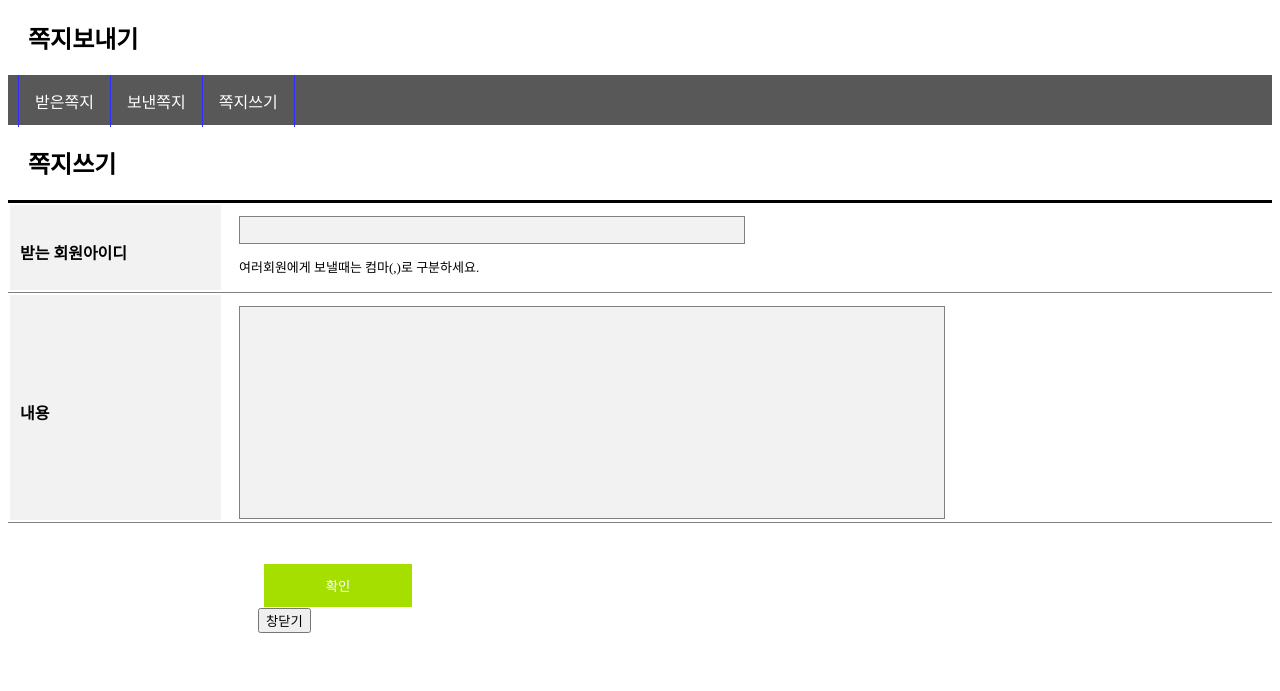
Repository: ks12b0000/JSP-School-Class
Page: chap10_JSP/src/main/webapp/Test/sendMessage.html
These files come from the project's save history. The page is drawn as it stood at one moment and after the next save; the edit follows.
The browser window is 1280 px wide. The pictures show the whole page.

Above is the page before, as saved 2022-06-04 11:52:53.

### chap10_JSP/src/main/webapp/Test/sendMessage.html
<!DOCTYPE html>
<html>
<head>
	<meta charset="UTF-8">
	<meta name="viewport" content="width=device-width, initial-scale=1.0">
	<title>쪽지쓰기</title>
	<link rel="stylesheet" href="loginWrite.css" />
</head>
<body>
	<h2>쪽지보내기</h2>
	<div class="menu1">
		<ul>
			<li><a href="#" id="a1">받은쪽지</a></li>
			<li><a href="#">보낸쪽지</a></li>
			<li><a href="#">쪽지쓰기</a></li>
		</ul>
	</div>
	<h2>쪽지쓰기</h2>
	<table class="Profile3">
		<tr>
			<th id="id12"><strong>받는 회원아이디</strong></th>
			<td><input type="text" /><br/><p>여러회원에게 보낼때는 컴마(,)로 구분하세요.</p></td>
		</tr>
	</table>
	<table class="Profile4">
		<tr>
			<th id="id13"><strong>내용</strong></th>
			<td><input type="text" /></td>
		</tr>
	</table>
	<div class="button">
		<a href="#"><input id="Confirm" type="button" value="확인" /></a><br/>
		<a href="messageBox.html"><input id="close2" type="button" value="창닫기" /></a><br/>
	</div>
</body>
</html>

### chap10_JSP/src/main/webapp/Test/loginWrite.css
@charset "UTF-8";
	body h2 {
		margin-left: 20px;
	}
	.login1 {
		width: 500px;
		border: 1px solid gray;
		margin: 40px;
		padding: 40px;

	}
	.login1 #id {
		width: 400px;

		padding: 4px;
	}
	.login1 #id input {

		margin-left: 30px;
	}
	.login1 #pw {

		padding: 4px;
	}
	.login1 #pw input {

		margin-left: 52px;
	}
	.login1 #login_Bt {
		text-align: right;
		margin-top: -50px;
		margin-right: 120px;
	}
	.login1 #login_Bt input {
		margin-left: 5px;
		padding: 12px;
		border: 1px solid white;
		background-color: #A5DF00;
		color: white;
	}
	.login1 #login_Ck {
		margin-top: 10px;
	}
	.login2 {
		border: 1px solid gray;
		font-size: 13px;
		background-color: #F2F2F2;
		width: 500px;
		margin: 40px;
		padding: 40px;
		margin-top: -50px;

	}
	.login2 h3 {
		margin-top: -20px;
		margin-left: -30px;
	}
	.login2 p {
		margin-top: -20px;
		margin-left: -30px;
	}
	.login2 form {
		margin-top: 10px;
		margin-left: 250px;

	}
	.login2 #idpw_bt {
		border: 1px solid white;
		background-color: #A5DF00;
		color: white;
	}
	.login2 #signup {
		border: 1px solid #BFFF00;
		background-color: white;
		color: #80FF00;
	}
	body #mainback {
		margin-left: 220px;
		text-decoration: none;
		color: black;
	}
	body #em2 {
		border-top: 1px solid gray;
		margin-left: 20px;
		padding-top: 15px;
	}
	#email1 {
		margin-left: 20px;
		font-size: 19px;
	}
	#email1 input {
		width: 500px;
		height: 30px;
	}
	.button {
		margin-top: 40px;
		margin-left: 250px;
	}
	.button #Confirm {
		margin-left: 5px;
		padding: 12px;
		width: 150px;
		border: 1px solid white;
		background-color: #A5DF00;
		color: white;
	}
	.button #close {
		margin-left: 5px;
		padding: 12px;
		width: 100px;
		border: 1px solid white;
		background-color: #0B3B39;
		color: white;
	}
	body #tm2 {
		color: red;
		text-align: center;
	}
	body #tm3,#tm5 {
		text-align: center;
	}
	body #tm4,#tm6 {
		border: 1px solid black;
		width: 1300px;
		height: 300px;
		background-color: #D8D8D8;
		margin-left: 10px;
	}
	#terms_Ck,#terms_Ck2 {
		text-align: right;
	}
	#signup3 {
		text-align: center;
	}
	#signup3 input {
		margin-left: 5px;
		padding: 12px;
		border: 1px solid white;
		background-color: #A5DF00;
		color: white;
	}
	.button3 {
		text-align: right;
		margin-top: -50px;
		margin-right: 10px;
	}
	.button3 #notebox {
		border: 1px solid #BFFF00;
		background-color: white;
		color: #80FF00;
		padding: 6px;
	}
	.button3 #Revise {
		border: 1px solid #BFFF00;
		background-color: white;
		color: #80FF00;
		padding: 6px;
	}
	.button3 #secession {
		border: 1px solid white;
		background-color: #A5DF00;
		color: white;
		padding: 6px;
	}
	.Profile111 {
		border: 1px solid gray;
		border-collapse: collapse;
		margin-top: 15px;
		width: 100%;
		height: 150px;
		background-color: #FAFAFA;
	}
	.Profile111 #Profile112 {
		border-bottom: 1px solid gray;
	}
	.Profile2 {
		border-top: 3px solid black;
		width: 100%;
		background-color: #F2F2F2;
		height: 50px;
		border-bottom: 1px solid gray;
		margin-top: 20px;
	}
	#hh3 {
		margin-left: 10px;
	}
	.Contents {
		text-align: center;
		margin-top: 100px;
		border-bottom: 1px solid gray;
		height: 100px;
	}
	.menu1 ul {
		background-color: #585858;
		height: 50px;
		margin: 0;
		padding: 0;
		list-style: none;

	}
	.menu1 li {
		float: left;
		border-right: 1px solid #2E2EFE;
	}
	.menu1 li a {
		padding-left: 10px;
		color: white;
		text-decoration: none;
		display: block;
		text-align: center;
		padding: 14px 16px;
	}
	.menu1 #a1 {
		border-left: 1px solid #2E2EFE;
		margin-left: 10px;
	}
	.guide {
		text-align: left;
	}
	.button2 {
		text-align: center;
	}
	.button2 #close2 {
		text-align: center;
		padding: 10px;
		width: 80px;
		border: 1px solid white;
		background-color: #0B4C5F;
		color: white;
	}
	.Profile3 {
		border-top: 3px solid black;
		width: 100%;
		height: 50px;
		margin-top: 20px;
	}
	.Profile3 #id12 {
		margin-top: 20px;
		padding-left:10px;
		padding-top: 10px;
		text-align: left;
		width: 200px;
		background-color: #F2F2F2;
		height: 60px;
	}
	.Profile3 input {
		background-color: #F2F2F2;
		margin-left: 15px;
		margin-top: 10px;
		padding-top: 10px;
		border: 1px solid gray;
		width: 500px;
		text-align: left;
	}
	.Profile3 p {
		font-size: 13px;
		margin-left: 15px;

	}
	.Profile4 {
		border-top: 1px solid gray;
		border-bottom: 1px solid gray;
		width: 100%;
		height: 50px;
	}
	.Profile4 #id13 {
		margin-top: 20px;
		padding-left:10px;
		padding-top: 10px;
		text-align: left;
		width: 200px;
		background-color: #F2F2F2;
		height: 200px;
	}
	.Profile4 input {
		background-color: #F2F2F2;
		margin-left: 15px;
		margin-top: 10px;
		padding-top: 10px;
		border: 1px solid gray;
		width: 700px;
		height: 200px;
		text-align: left;
	}

After the next save:
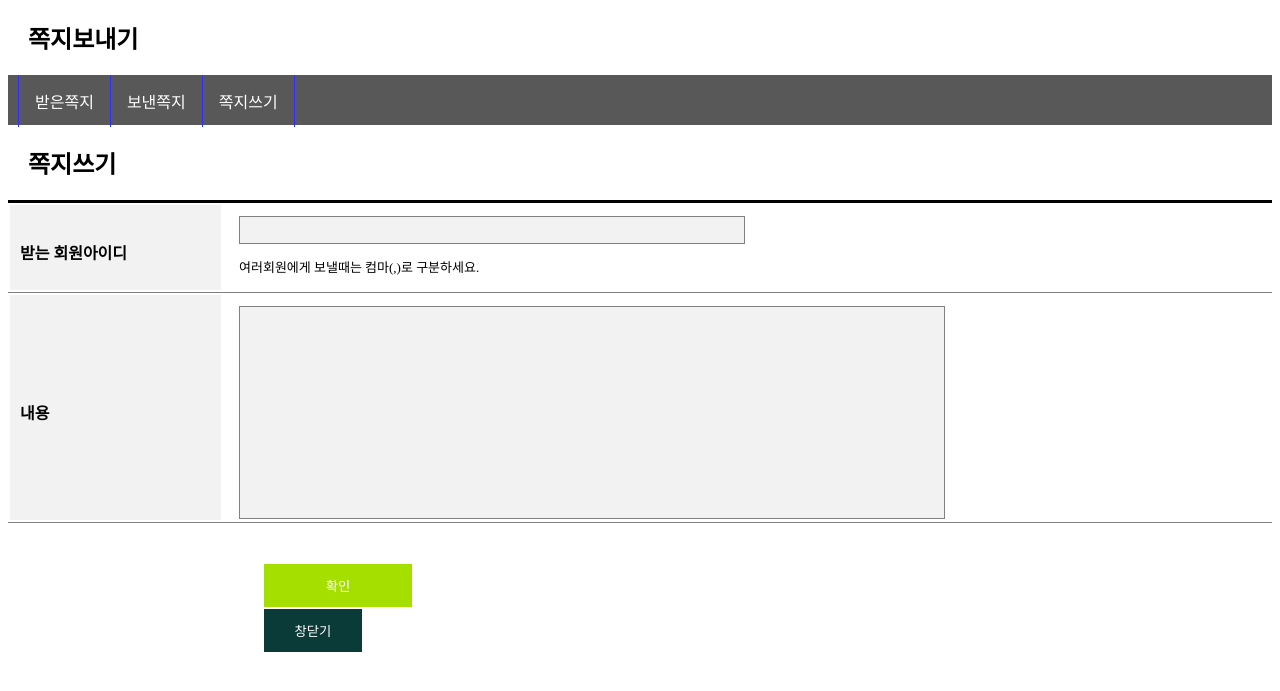
Saved 17 s later.
--- a/chap10_JSP/src/main/webapp/Test/sendMessage.html
+++ b/chap10_JSP/src/main/webapp/Test/sendMessage.html
@@ -30,7 +30,7 @@
 	</table>
 	<div class="button">
 		<a href="#"><input id="Confirm" type="button" value="확인" /></a><br/>
-		<a href="messageBox.html"><input id="close2" type="button" value="창닫기" /></a><br/>
+		<a href="messageBox.html"><input id="close" type="button" value="창닫기" /></a><br/>
 	</div>
 </body>
 </html>
